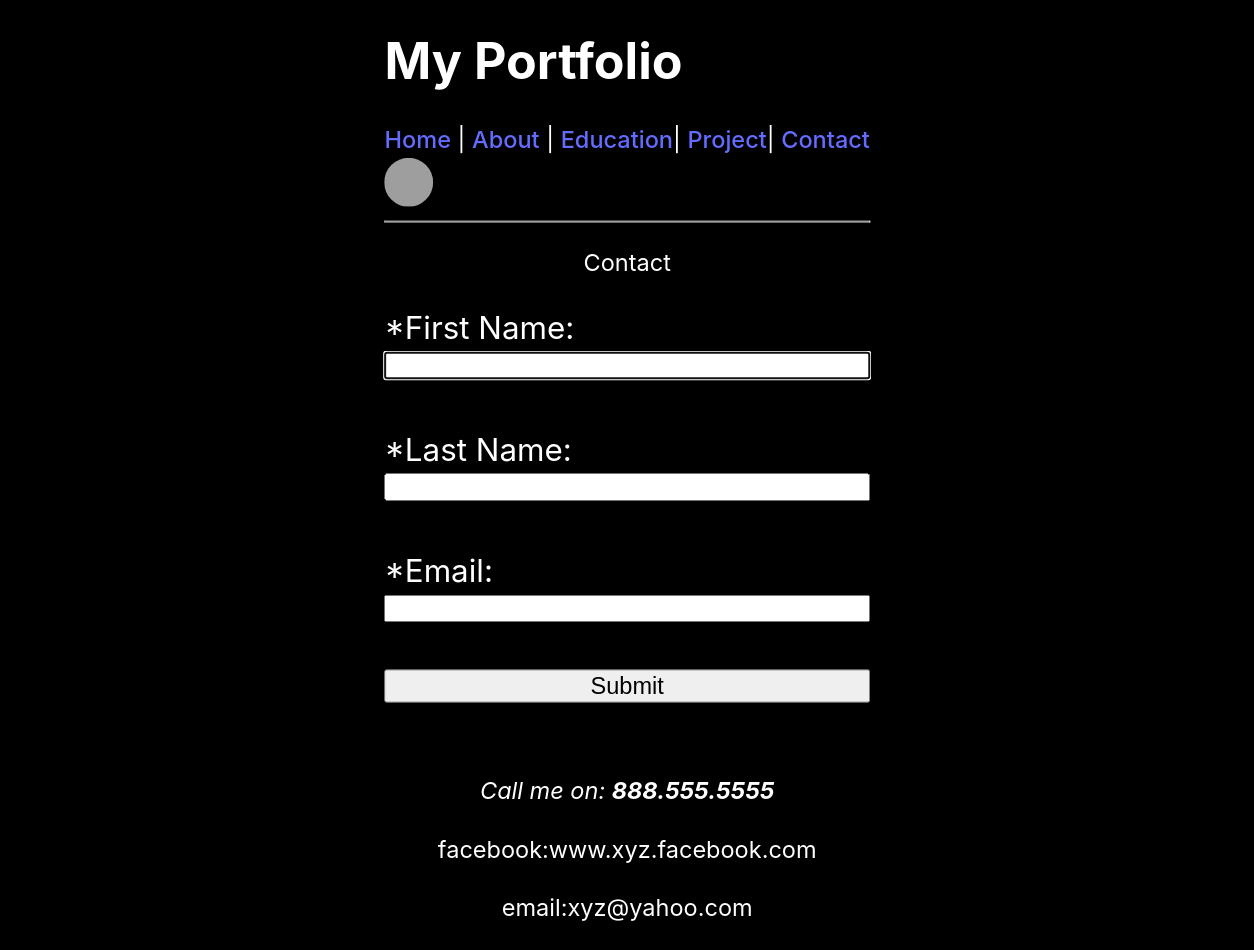
Repository: FelixChung29/ChunWaiChung_COMP229Lab2
Page: /contact (app in client/)
These files come from the project's save history. The page is drawn as it stood at one moment and after a run of saves; the edit follows.
The browser window is 1280 px wide. The pictures show the whole page, at 98% of full size.
Pictures or frames that could not be fetched are drawn as grey boxes. The project was rebuilt for these pictures with package versions that can differ from the ones it lists, and the page was loaded fresh each time. Also part of the build but not shown: client/vite.config.js, client/components/Home.jsx, client/src/about.css, client/src/about.jsx, client/src/education.jsx, client/src/project.css, client/src/project.jsx.

Above is the page before, as saved 2024-10-05 12:57:47.

After the next 2 saves:
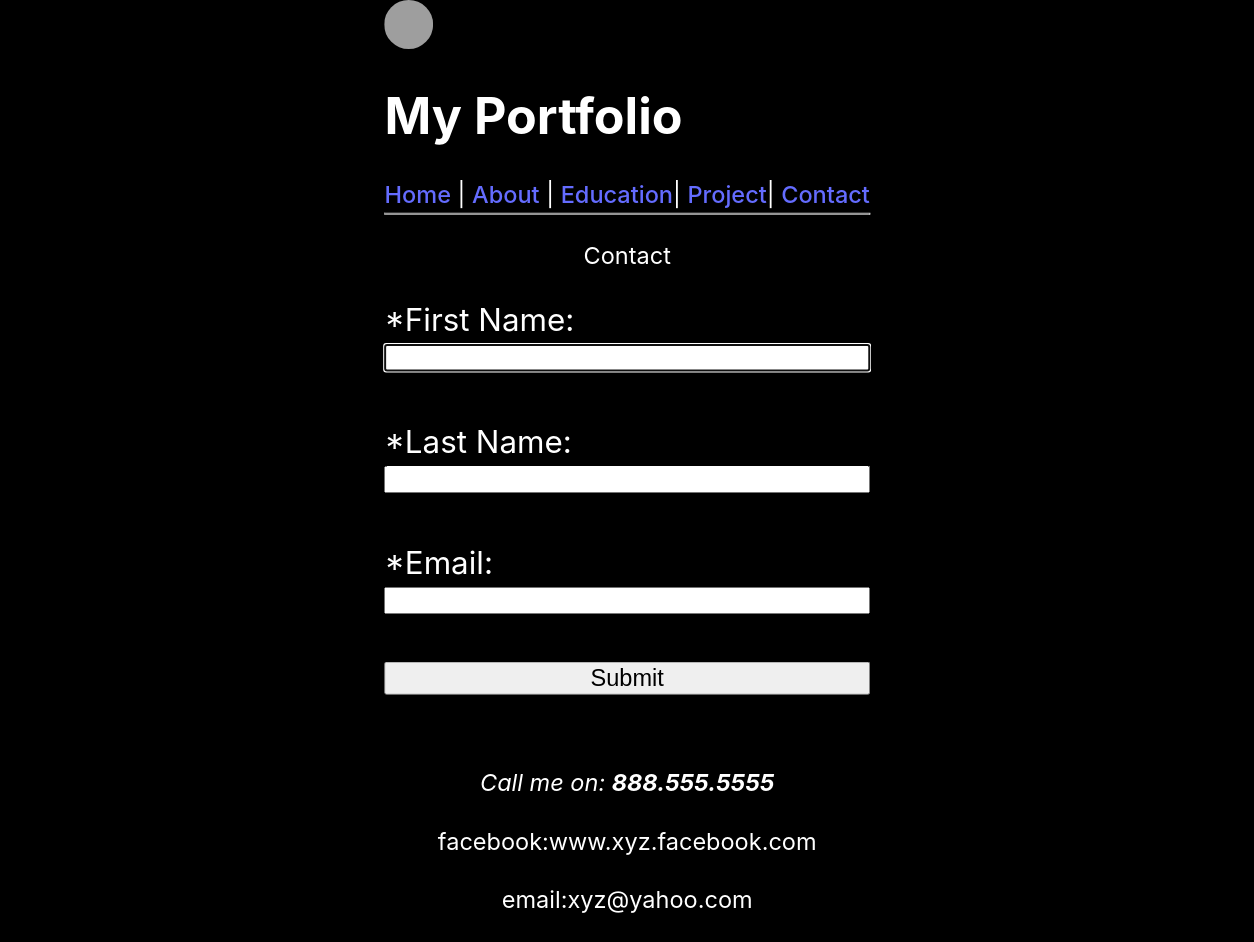
The 2 saves are shown as one change because they came seconds apart.
The last was saved 26 s later.
--- a/client/components/layout.jsx
+++ b/client/components/layout.jsx
@@ -4,16 +4,14 @@ import football1 from '../src/assets/football1.jfif';
 export default function Layout() {
  return (
  <>
-
+ < img src={football1}alt="football" className="football" width="50px" height="50px"/>
  <h1>My Portfolio</h1>
 
  <nav>
 
  <Link to="/">Home</Link> | <Link to="/about">About</Link> | <Link to="/education">Education</Link>| <Link to="/project">Project</Link>| <Link to="/contact">Contact</Link>
  </nav>
-
 <br/>
-< img src={football1}alt="football" className="football" width="50px" height="50px"/>
  <hr />
 
  </>
